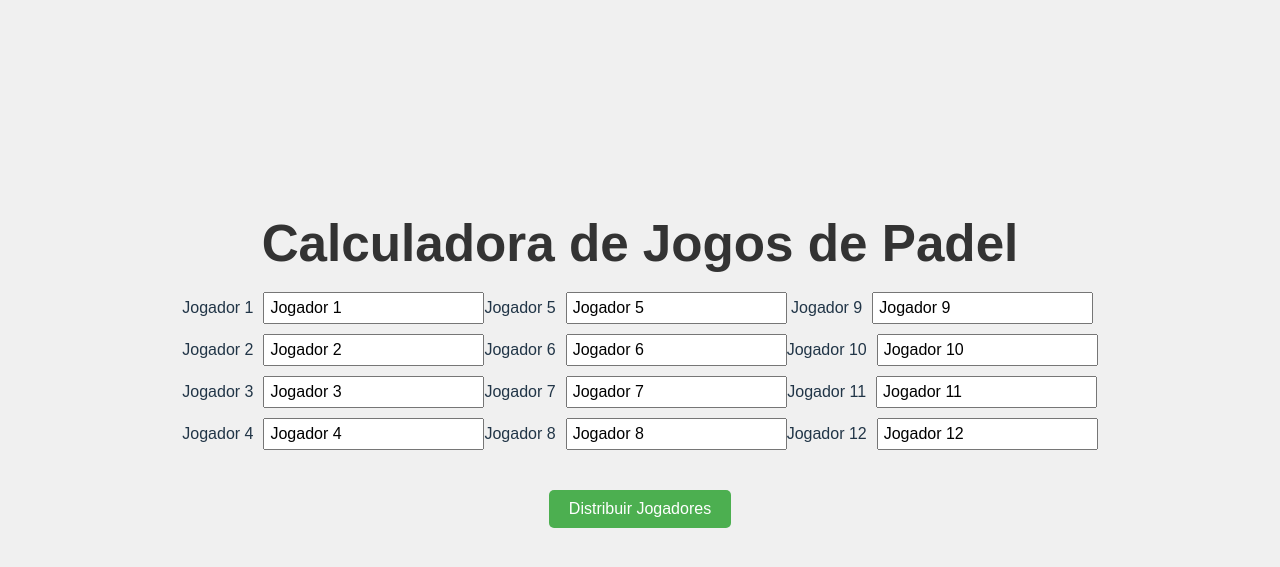
Repository: MarcioMiguel22/PadelMaster
Page: /calculadora
The author's editor kept a copy of each file at every save. The page is drawn from the files as they stood at one save, then again after the next save.
The browser window is 1280 px wide. The pictures show the whole page.
The project was rebuilt for these pictures with package versions that can differ from the ones it lists, and the page was loaded fresh each time. Also part of the build but not shown: vite.config.ts, src/pages/Home/Home.tsx.

Above is the page before, as saved 2024-06-13 12:53:39.

### src/main.tsx
///home/marciomiguel/code/MarcioMiguel22/Sites/PadelMaster/src/main.tsx
import { render } from 'react-dom';
import { StrictMode } from 'react';
import App from './App';
import './index.css';

const root = document.getElementById('root')!;
render(
  <StrictMode>
    <App />
  </StrictMode>,
  root
);

### src/App.tsx

///home/marciomiguel/code/MarcioMiguel22/Sites/PadelMaster/src/App.tsx

import { BrowserRouter as Router, Routes, Route } from 'react-router-dom';
import Home from './pages/Home/Home';
import Calculadora from './pages/Services/Calculadora';




function App() {
  return (
    <Router>
      <Routes>
        <Route path="/" element={<Home />} />
        <Route path="/calculadora" element={<Calculadora />} /> // Wrap Calculadora component with curly braces
      </Routes>
    </Router>
  );
}

export default App

### src/pages/Services/Calculadora.tsx
import React, { useState } from 'react';
import './Calculadora.css';

type Jogador = {
  id: number;
  nome: string;
};

type Time = {
  jogadores: Jogador[];
  resultado: number;
};

type Campo = {
  id: number;
  times: Time[];
};

const jogadoresIniciais: Jogador[] = Array.from({ length: 12 }, (_, i) => ({
  id: i + 1,
  nome: `Jogador ${i + 1}`,
}));

const embaralharArray = <T,>(array: T[]): T[] => {
  const copiaArray = [...array];
  for (let i = copiaArray.length - 1; i > 0; i--) {
    const j = Math.floor(Math.random() * (i + 1));
    [copiaArray[i], copiaArray[j]] = [copiaArray[j], copiaArray[i]];
  }
  return copiaArray;
};

const criarTimes = (jogadores: Jogador[]): Time[] => {
  const jogadoresEmbaralhados = embaralharArray(jogadores);
  const times: Time[] = [];
  for (let i = 0; i < jogadoresEmbaralhados.length; i += 2) {
    times.push({ jogadores: jogadoresEmbaralhados.slice(i, i + 2), resultado: 0 });
  }
  return times;
};

const criarCampos = (times: Time[]): Campo[] => [
  { id: 1, times: times.slice(0, 2) },
  { id: 2, times: times.slice(2, 4) },
  { id: 3, times: times.slice(4, 6) },
];

const CalculadoraApp: React.FC = () => {
  const [jogadores, setJogadores] = useState<Jogador[]>(jogadoresIniciais);
  const [jogos, setJogos] = useState<Campo[][]>([]);

  const handleNomeChange = (id: number, novoNome: string) => {
    setJogadores(jogadores.map(jogador =>
      jogador.id === id ? { ...jogador, nome: novoNome } : jogador
    ));
  };

  const handleResultadoChange = (jogoIndex: number, campoId: number, timeIndex: number, novoResultado: number) => {
    setJogos(jogos.map((jogo, idx) =>
      idx === jogoIndex
        ? jogo.map(campo =>
            campo.id === campoId
              ? {
                  ...campo,
                  times: campo.times.map((time, index) =>
                    index === timeIndex ? { ...time, resultado: novoResultado } : time
                  ),
                }
              : campo
          )
        : jogo
    ));
  };

  const distribuirJogadores = () => {
    const times = criarTimes(jogadores);
    const novosCampos = criarCampos(times);
    setJogos([novosCampos]);
  };

  const iniciarProximoJogo = () => {
    const ultimoJogo = jogos[jogos.length - 1];
    const novosCampos: Campo[] = [
      { id: 1, times: [] },
      { id: 2, times: [] },
      { id: 3, times: [] },
    ];

    ultimoJogo.forEach(campo => {
      if (campo.times.length === 2) {
        const [time1, time2] = campo.times;
        const vencedores = time1.resultado > time2.resultado ? time1.jogadores : time2.jogadores;
        const perdedores = time1.resultado > time2.resultado ? time2.jogadores : time1.jogadores;

        if (campo.id === 1) {
          novosCampos[0].times.push({ jogadores: vencedores, resultado: 0 });
          novosCampos[0].times.push({ jogadores: perdedores, resultado: 0 });
        } else if (campo.id === 2) {
          novosCampos[0].times.push({ jogadores: vencedores, resultado: 0 });
          novosCampos[1].times.push({ jogadores: perdedores, resultado: 0 });
        } else if (campo.id === 3) {
          novosCampos[1].times.push({ jogadores: vencedores, resultado: 0 });
          novosCampos[2].times.push({ jogadores: perdedores, resultado: 0 });
        }
      }
    });

    setJogos([...jogos, novosCampos]);
  };

  const getTeamClass = (campo: Campo, timeIndex: number): string => {
    if (campo.times.length < 2) return '';
    const resultadoAtual = campo.times[timeIndex].resultado;
    const resultadoOponente = campo.times[1 - timeIndex]?.resultado;
    if (resultadoAtual > resultadoOponente) return 'team vencedor';
    if (resultadoAtual < resultadoOponente) return 'team perdedor';
    return 'team';
  };

  return (
    <div className="calculadora-container">
      <h1>Calculadora de Jogos de Padel</h1>
      <div className="main-content">
        <div className="jogadores-lista">
          <div className="jogadores-coluna">
            {jogadores.slice(0, 4).map(jogador => (
              <div key={jogador.id} className="jogador-item">
                <label>{`Jogador ${jogador.id}`}</label>
                <input
                  type="text"
                  value={jogador.nome}
                  onChange={(e) => handleNomeChange(jogador.id, e.target.value)}
                />
              </div>
            ))}
          </div>
          <div className="jogadores-coluna">
            {jogadores.slice(4, 8).map(jogador => (
              <div key={jogador.id} className="jogador-item">
                <label>{`Jogador ${jogador.id}`}</label>
                <input
                  type="text"
                  value={jogador.nome}
                  onChange={(e) => handleNomeChange(jogador.id, e.target.value)}
                />
              </div>
            ))}
          </div>
          <div className="jogadores-coluna">
            {jogadores.slice(8, 12).map(jogador => (
              <div key={jogador.id} className="jogador-item">
                <label>{`Jogador ${jogador.id}`}</label>
                <input
                  type="text"
                  value={jogador.nome}
                  onChange={(e) => handleNomeChange(jogador.id, e.target.value)}
                />
              </div>
            ))}
          </div>
        </div>
        <div className="fields-container">
          <button onClick={distribuirJogadores} className="distribute-button">Distribuir Jogadores</button>
          {jogos.map((jogo, jogoIndex) => (
            <div key={jogoIndex}>
              <h2>Resultados Jogo {jogoIndex + 1}</h2>
              {jogo.map(campo => (
                <div key={campo.id} className="field">
                  <h2>Campo {campo.id}</h2>
                  <ul>
                    {campo.times.map((time, idx) => (
                      <li key={idx} className={getTeamClass(campo, idx)}>
                        <div>
                          {time.jogadores.map(jogador => jogador.nome).join(' e ')}
                          <input
                            type="number"
                            value={time.resultado}
                            onChange={(e) => handleResultadoChange(jogoIndex, campo.id, idx, parseInt(e.target.value))}
                            className="resultado-input"
                          />
                        </div>
                      </li>
                    ))}
                  </ul>
                </div>
              ))}
            </div>
          ))}
        </div>
        {jogos.length > 0 && jogos.length < 5 && (
          <button onClick={iniciarProximoJogo} className="distribute-button">Jogo {jogos.length + 1}</button>
        )}
      </div>
    </div>
  );
};

export default CalculadoraApp;

### src/pages/Home/PadelPage.css
body {
  font-family: Arial, sans-serif;
  background-color: #f0f0f0;
  margin: 0;
  display: flex;
  justify-content: center;
  align-items: center;
  height: 100vh;
}

.padel-container {
  text-align: center;
  background-color: white;
  padding: 20px;
  border-radius: 10px;
  box-shadow: 0 0 10px rgba(0, 0, 0, 0.1);
}

h1 {
  color: #333;
  margin-bottom: 20px;
}

.padel-image {
  max-width: 50%;
  height: auto;
  border-radius: 10px;
  margin-bottom: 20px;
}

.enter-button {
  background-image: url('tennis-ball.png'); /* Ensure the path is correct */
  background-size: cover;
  background-position: center;
  background-repeat: no-repeat;
  width: 60px;
  height: 60px;
  border: none;
  border-radius: 50%;
  cursor: pointer;
  padding: 0;
}

.enter-button:hover {
  transform: scale(1.1);
}

### src/pages/Services/Calculadora.css
.calculadora-container {
  padding: 20px;
  text-align: center;
}

.jogadores-lista {
  display: flex;
  justify-content: space-around;
  margin-bottom: 20px;
}

.jogadores-coluna {
  display: flex;
  flex-direction: column;
  align-items: center;
}

.jogador-item {
  display: flex;
  align-items: center;
  margin-bottom: 10px;
}

.jogador-item label {
  margin-right: 10px;
}

.jogador-item input {
  padding: 5px;
  font-size: 16px;
}

.distribute-button {
  background-color: #4CAF50;
  color: white;
  padding: 10px 20px;
  border: none;
  border-radius: 5px;
  cursor: pointer;
  font-size: 16px;
  margin: 10px;
}

.distribute-button:hover {
  background-color: #45a049;
}

.fields-container {
  display: flex;
  justify-content: space-around;
  margin-top: 20px;
}

.field {
  background-color: #f9f9f9;
  padding: 20px;
  border-radius: 10px;
  box-shadow: 0 0 10px rgba(0, 0, 0, 0.1);
  margin-bottom: 20px;
  width: 30%;
}

.field h2 {
  margin-top: 0;
}

.team {
  list-style-type: none;
  padding: 5px;
  background-color: #fff;
  margin: 5px 0;
  border-radius: 5px;
  box-shadow: 0 0 5px rgba(0, 0, 0, 0.1);
}

.team.vencedor {
  background-color: #d4edda; /* Verde claro */
}

.team.perdedor {
  background-color: #f8d7da; /* Vermelho claro */
}

.team div {
  display: flex;
  align-items: center;
}

.team input.resultado-input {
  margin-left: 10px;
  width: 50px;
  padding: 5px;
  font-size: 16px;
}

Loaded but not shown: index.html (common file); src/index.css (common file)

After the next save:
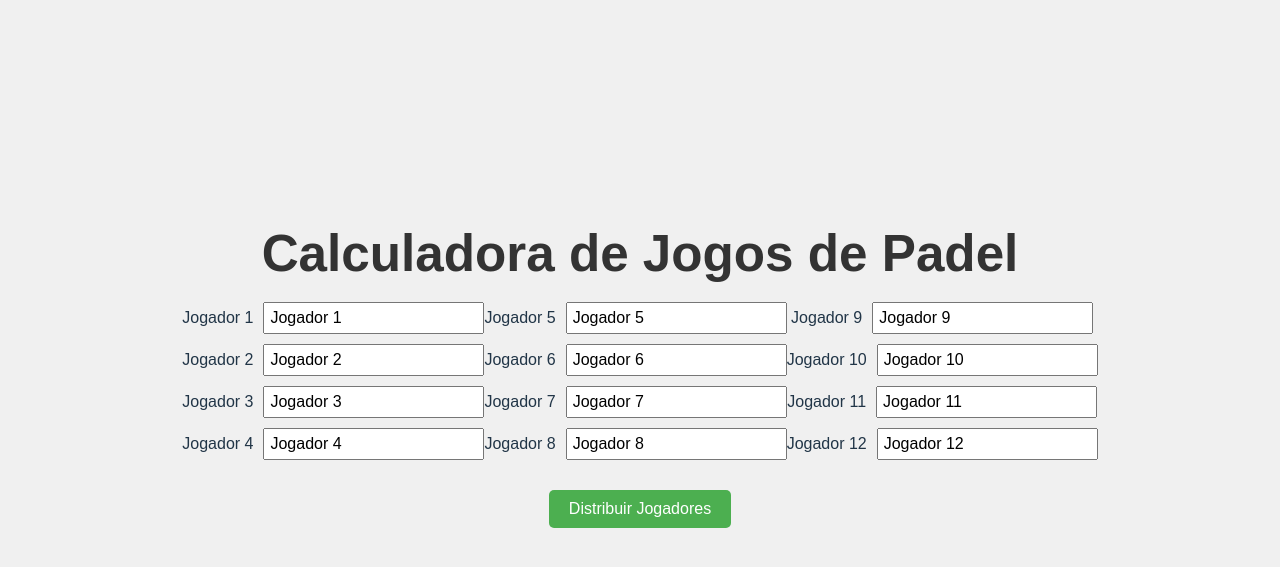
Saved 33 s later.
--- a/src/pages/Services/Calculadora.css
+++ b/src/pages/Services/Calculadora.css
@@ -38,7 +38,6 @@
   border-radius: 5px;
   cursor: pointer;
   font-size: 16px;
-  margin: 10px;
 }
 
 .distribute-button:hover {
@@ -56,8 +55,6 @@
   padding: 20px;
   border-radius: 10px;
   box-shadow: 0 0 10px rgba(0, 0, 0, 0.1);
-  margin-bottom: 20px;
-  width: 30%;
 }
 
 .field h2 {
